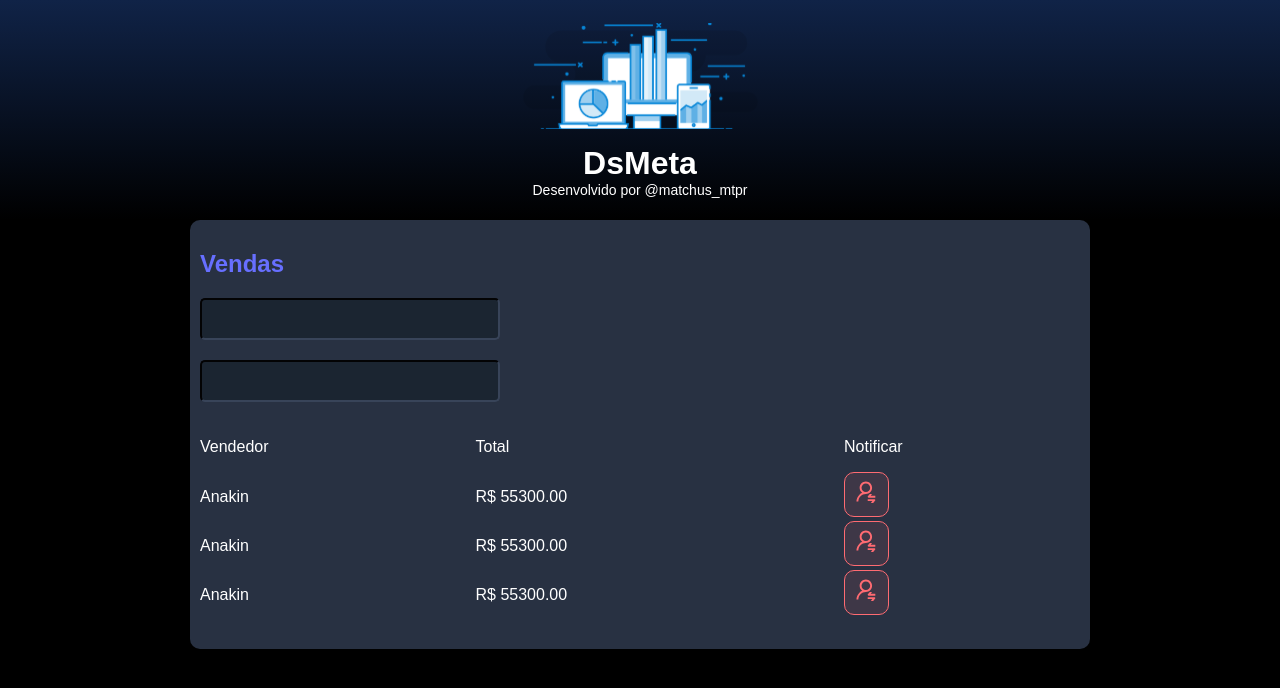
Repository: MatheusAlvesPereiraRosa/ds-meta
Page: index.html
These files come from the project's save history. The page is drawn as it stood at one moment and after the next save; the edit follows.
The browser window is 1280 px wide. The pictures show the whole page.

Above is the page before, as saved 2022-09-05 16:19:21.

After the next save:
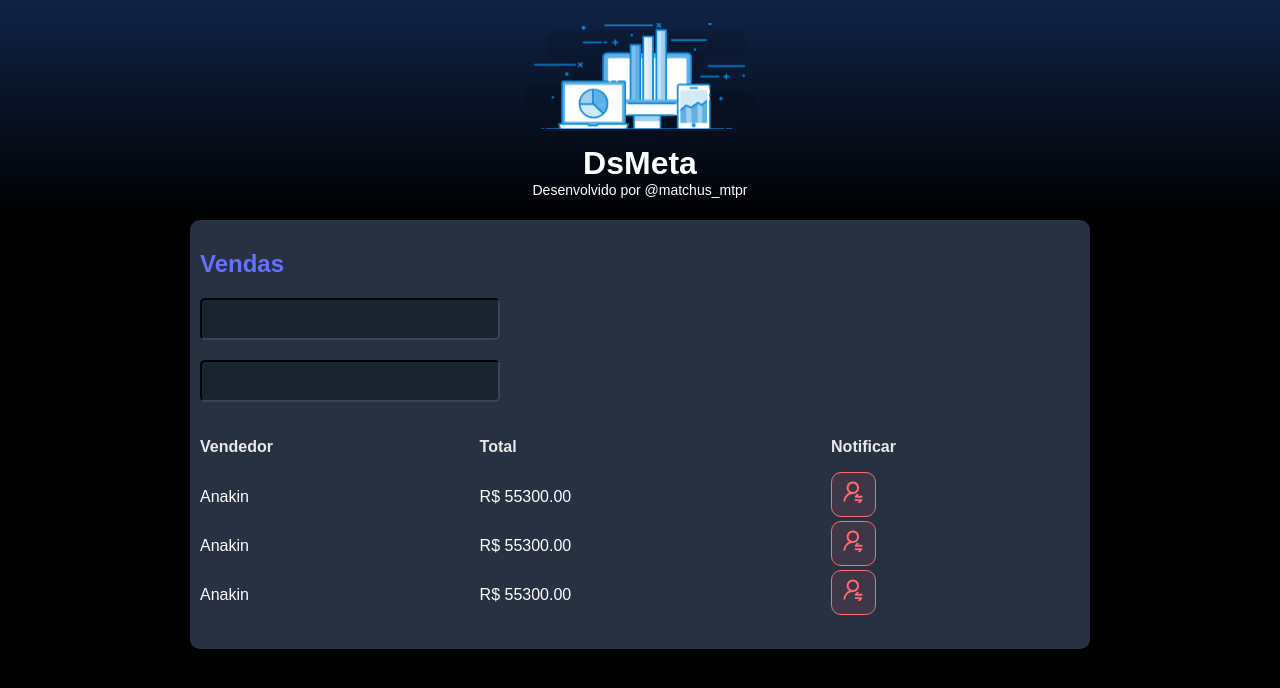
Saved 83 s later.
--- a/styles.css
+++ b/styles.css
@@ -86,7 +86,8 @@ a, a:hover, a:visited {
 .dsmeta-sales-table thead{
     height: 50px;
     font-size: 16px;
-    color:
+    color: #E9E9E9;
+    font-weight: 600;
 }
 
 .dsmeta-form-control-container {
